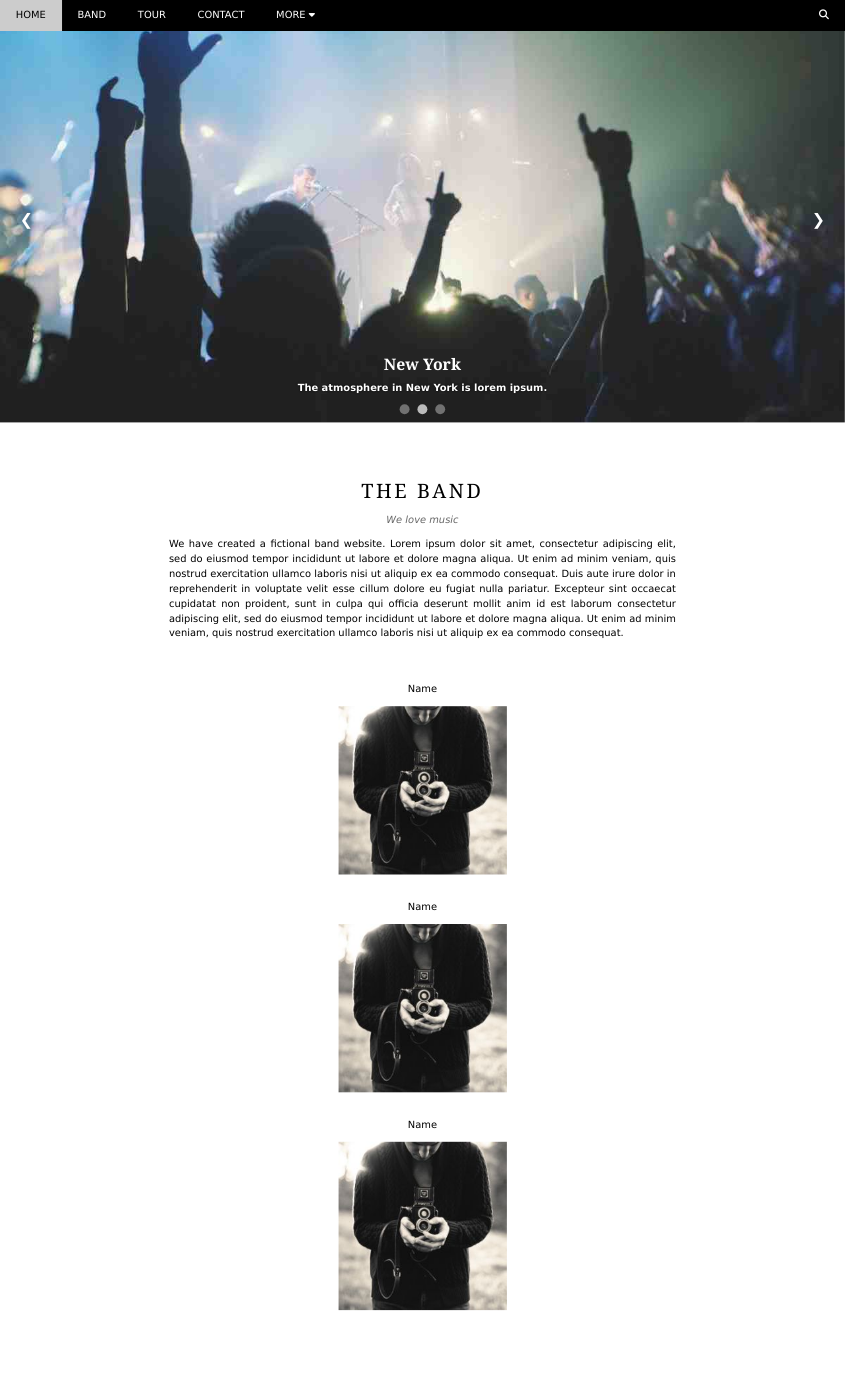
Repository: tam1512/The-Band
Page: index.html
The author's editor kept a copy of each file at every save. The page is drawn from the files as they stood at one save, then again after the next save.
The browser window is 1280 px wide. The pictures show the whole page, at 66% of full size.
Some web libraries are served in a nearby version.

Above is the page before, as saved 2022-07-23 11:01:03.

After the next save:
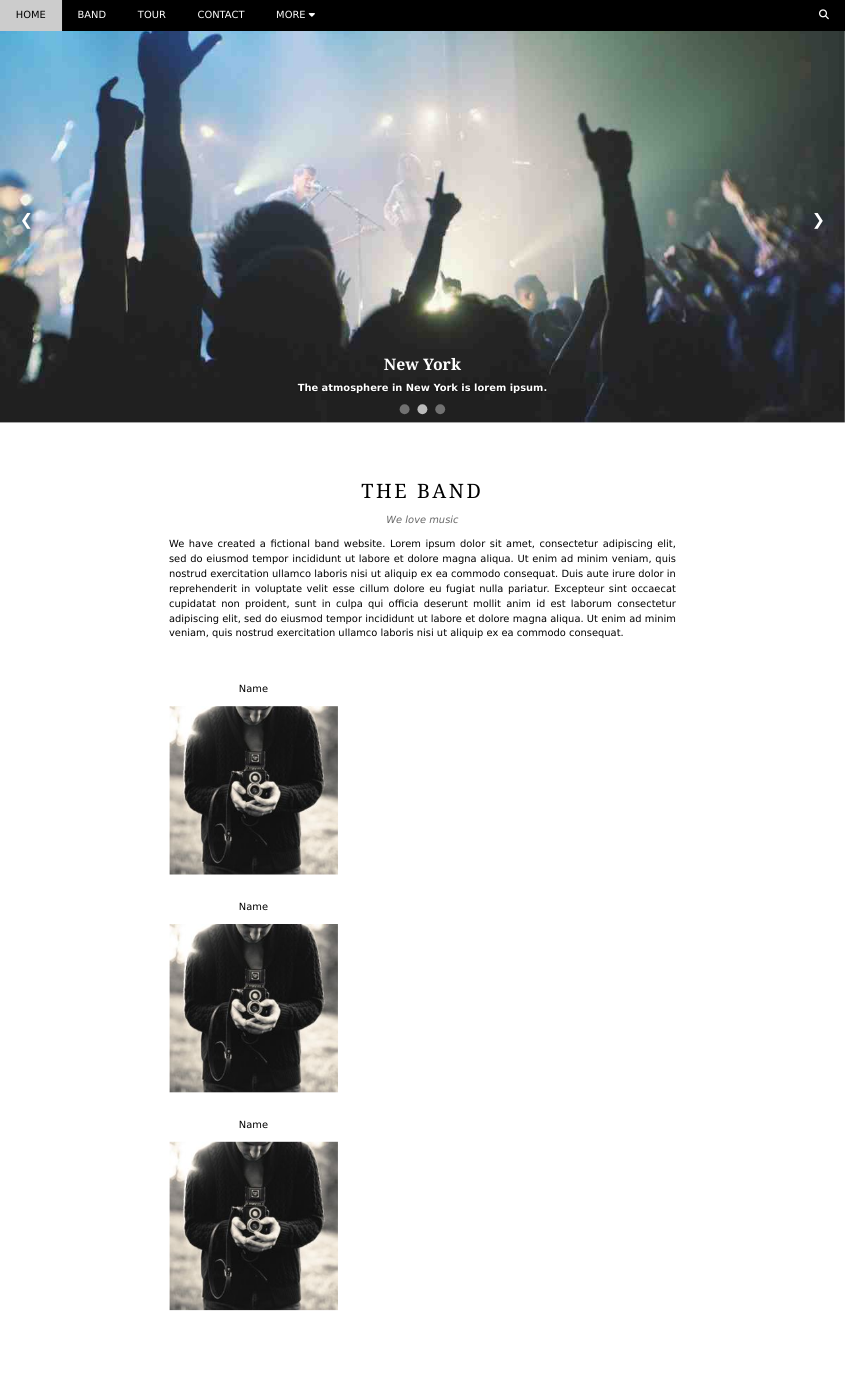
Saved 39 s later.
--- a/assets/css/style.css
+++ b/assets/css/style.css
@@ -261,3 +261,8 @@
 .band_sub-title {
   opacity: 0.6;
 }
+
+/* Third image */
+.third {
+  width: calc(100% / 3);
+}
